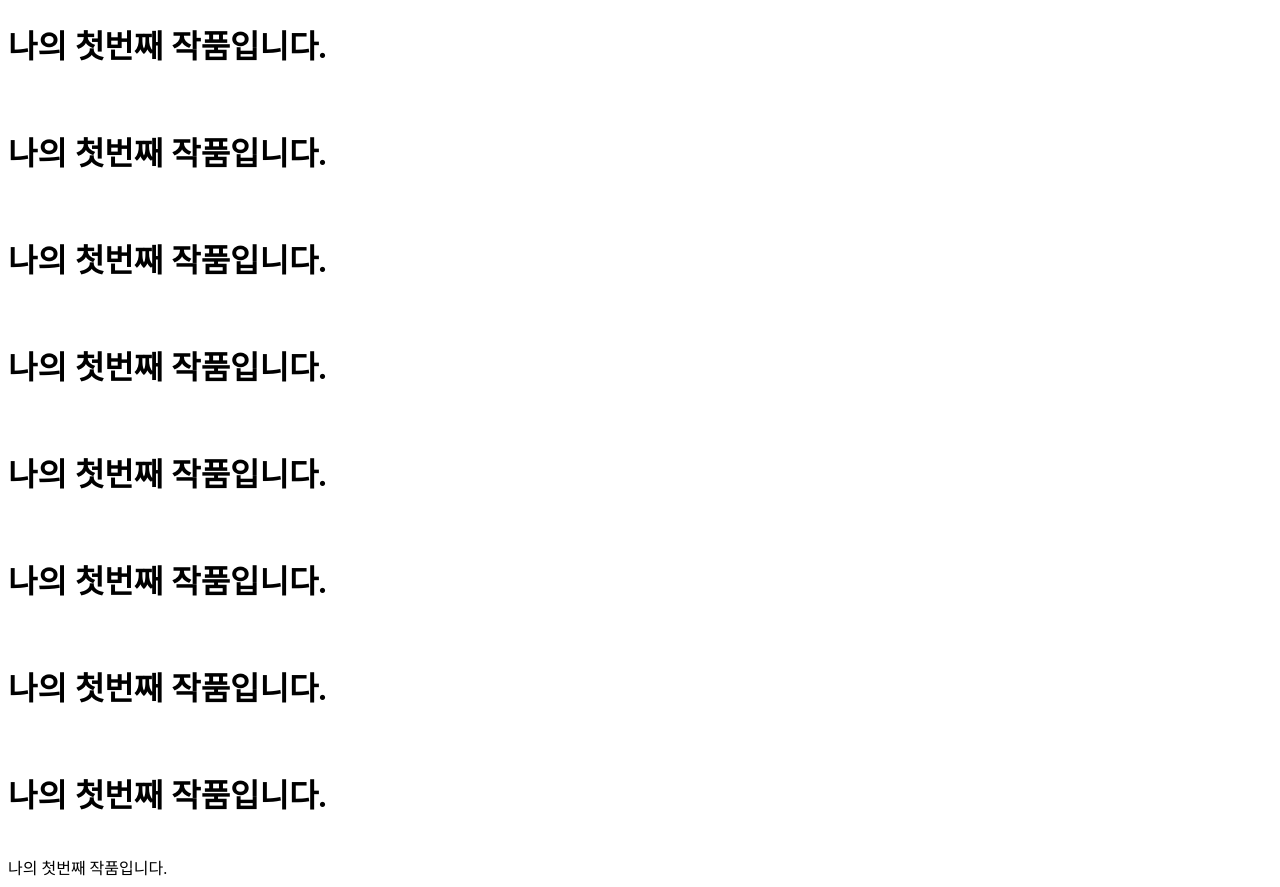
Repository: AkaKSR/Java_Convergence_New
Page: HTML0826/WebContent/Ex01.html
The author's editor kept a copy of each file at every save. The page is drawn from the files as they stood at one save, then again after the next save.
The browser window is 1280 px wide. The pictures show the whole page.

Above is the page before, as saved 2019-08-26 06:09:52.

After the next save:
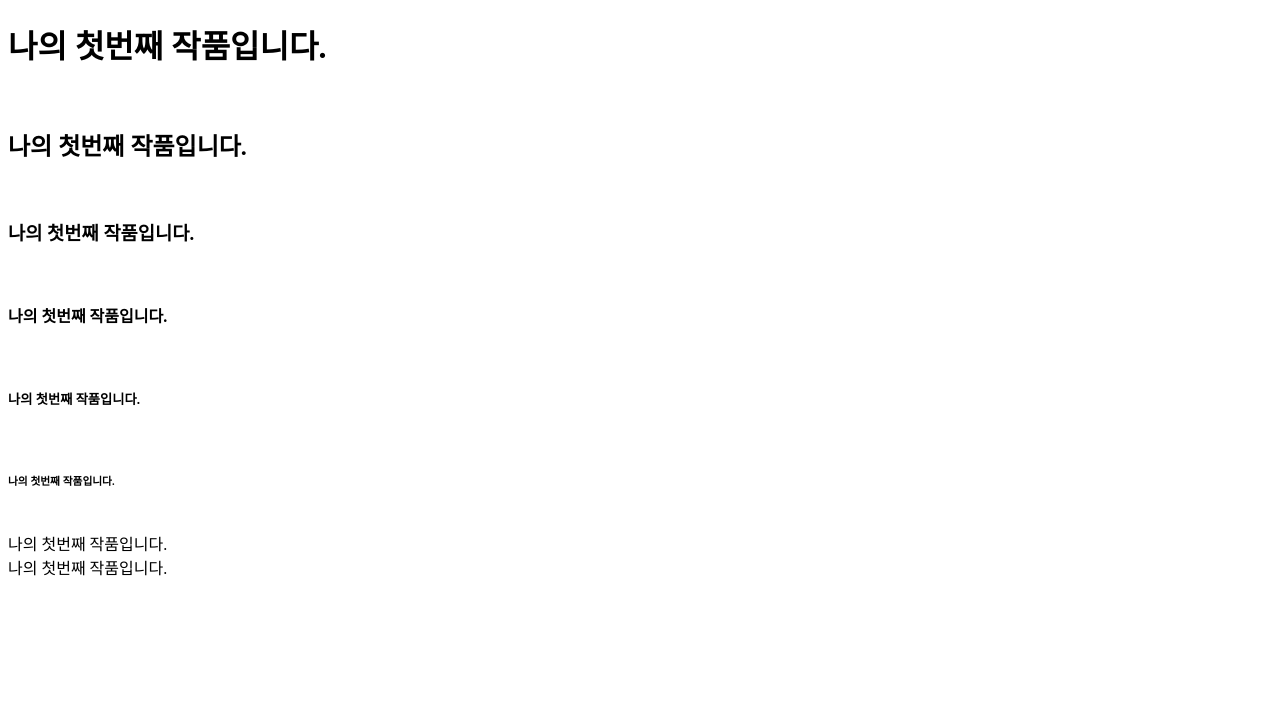
Saved 34 s later.
--- a/HTML0826/WebContent/Ex01.html
+++ b/HTML0826/WebContent/Ex01.html
@@ -6,13 +6,12 @@
 </head>
 <body>
 	<h1>나의 첫번째 작품입니다.</h1><br />
-	<h1>나의 첫번째 작품입니다.</h1><br />
-	<h1>나의 첫번째 작품입니다.</h1><br />
-	<h1>나의 첫번째 작품입니다.</h1><br />
-	<h1>나의 첫번째 작품입니다.</h1><br />
-	<h1>나의 첫번째 작품입니다.</h1><br />
-	<h1>나의 첫번째 작품입니다.</h1><br />
-	<h1>나의 첫번째 작품입니다.</h1><br />
+	<h2>나의 첫번째 작품입니다.</h2><br />
+	<h3>나의 첫번째 작품입니다.</h3><br />
+	<h4>나의 첫번째 작품입니다.</h4><br />
+	<h5>나의 첫번째 작품입니다.</h5><br />
+	<h6>나의 첫번째 작품입니다.</h6><br />
+	<h7>나의 첫번째 작품입니다.</h7><br />
 	나의 첫번째 작품입니다.
 </body>
 </html>
